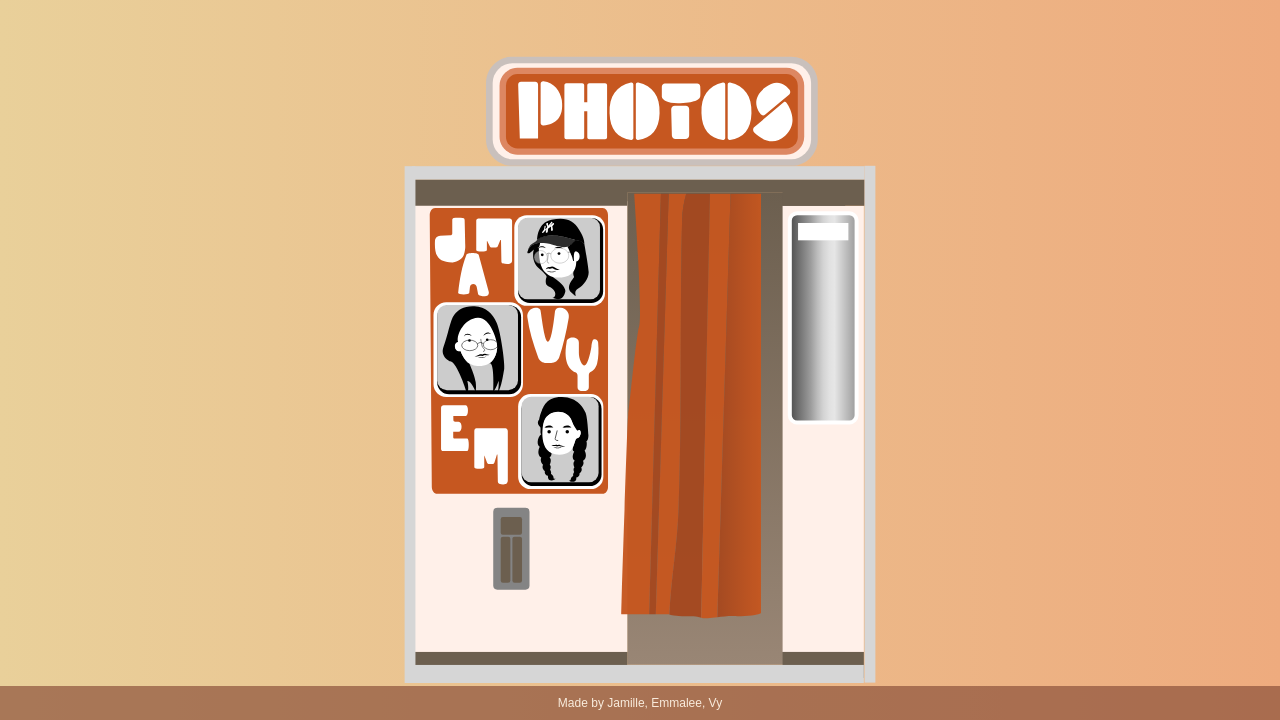
Repository: Strawb3rryjam/QuickSnip
Page: index.html
The author's editor kept a copy of each file at every save. The page is drawn from the files as they stood at one save, then again after the next save.
The browser window is 1280 px wide. The pictures show the whole page.

Above is the page before, as saved 2025-05-08 14:42:32.

### index.html
<!DOCTYPE html>
<html lang="en">

<head>
    <meta charset="UTF-8">
    <meta name="viewport" content="width=device-width, initial-scale=1.0">
    <title>QuickSnip</title>
    <link rel="stylesheet" href="styles.css">
</head>

<body>
    <div class="photobooth-exterior">
        <!-- Exterior photobooth view -->
        <div>
            <img class="entrance" src="/assets/Photobooth.svg" alt="Description of the image">
            <img id="curtain" src="/assets/curtain1.svg" alt="Curtain">
        </div>
    </div>



    <!-- Original app starts here -->
    <div class="app-interior" id="appInterior" style="display: none;">
        <div class="retro-light"></div>

        <div class="start-screen">
            <h2>Ready for your photoshoot?</h2>
            <p>Take 4 photos and create your own vintage photobooth strip!</p>
            <button id="startButton">Start Photobooth</button>
        </div>

        <div class="camera-container" id="cameraContainer">
            <video id="camera" autoplay playsinline></video>
            <div class="countdown" id="countdown"></div>
            <div class="flash" id="flash"></div>
            <div class="loading-message" id="loadingMessage">Initializing camera...</div>
        </div>

        <div class="controls" id="cameraControls" style="display: none;">
            <button id="captureButton">Take Photos</button>
        </div>

        <div class="photostrip-container" id="photostripContainer">
            <div class="photostrip" id="photostrip">
                <div class="photostrip-branding">Retro Photobooth - May 3, 2025</div>
            </div>

            <div class="editor-tools">
                <div>
                    <h3>Border Color</h3>
                    <div class="color-picker" id="colorPicker">
                        <div class="color selected" style="background-color: white;" data-color="white"></div>
                        <div class="color" style="background-color: #ffcc00;" data-color="#ffcc00"></div>
                        <div class="color" style="background-color: #ff6b6b;" data-color="#ff6b6b"></div>
                        <div class="color" style="background-color: #48dbfb;" data-color="#48dbfb"></div>
                        <div class="color" style="background-color: #1dd1a1;" data-color="#1dd1a1"></div>
                        <div class="color" style="background-color: #f368e0;" data-color="#f368e0"></div>
                        <div class="color" style="background-color: #ff9f43;" data-color="#ff9f43"></div>
                        <div class="color" style="background-color: black;" data-color="black"></div>
                    </div>
                </div>

                <div>
                    <h3>Add Stickers</h3>
                    <div class="stickers" id="stickerPicker">
                        <div class="sticker">⭐</div>
                        <div class="sticker">❤️</div>
                        <div class="sticker">🌈</div>
                        <div class="sticker">😎</div>
                        <div class="sticker">🎉</div>
                        <div class="sticker">✨</div>
                        <div class="sticker">💯</div>
                        <div class="sticker">🔥</div>
                        <div class="sticker">👑</div>
                        <div class="sticker">🦄</div>
                    </div>
                </div>

                <button id="downloadButton">Download Photostrip</button>
                <button id="resetButton">Take New Photos</button>
                <button id="exitBoothButton">Exit Booth</button>
            </div>
        </div>
    </div>
    </div>

    <div id="copyright">Made by Jamille, Emmalee, Vy</div>

    <script src="https://cdnjs.cloudflare.com/ajax/libs/html2canvas/1.4.1/html2canvas.min.js"></script>
    <script src="scripts.js"></script>
</body>

</html>

### styles.css
* {
  margin: 0;
  padding: 0;
  box-sizing: border-box;
}



body {
  font-family: 'Arial', sans-serif;
  background-color: #f0f0f0;
  margin: 0;
  padding: 0;
  display: flex;
  flex-direction: column;
  align-items: center;
  min-height: 100vh;
  background-image: linear-gradient(to bottom, #e74c3c, #c0392b);
  color: white;
  text-align: center;
}

h1 {
  font-family: 'Impact', sans-serif;
  letter-spacing: 2px;
  font-size: 2.5rem;
  text-shadow: 3px 3px 0px rgba(0, 0, 0, 0.3);
  margin-bottom: 5px;
}

.photobooth-exterior {
  position: relative;
  width: 100vw;
  height: 100vh;
  overflow: hidden;
  display: flex;
  justify-content: center;
  align-items: center;
}



.entrance {
  position: absolute;
  top: 0;
  left: 0;
  width: 100%;
  height: 100%;
  object-fit: cover;
  object-position: center;
  z-index: -1;
}

#enterBoothButton {
  z-index: 1; /* ensure it’s above the image */
}



#curtain {
  position: absolute;
  width: 20vw; /* Responsive width */
  height: 428px; /* Let it scale proportionally */
  left: 50%; /* Center-ish position */
  top: 35%;  /* Adjust as needed */
  transform: translate(-30%, -14%); /* Centers the image on its position point */
  object-fit: contain;
  cursor: pointer;
  z-index: 1; /* Above entrance image */
}



/***********************************/

/* Original CSS continues here */
.start-screen {
  display: flex;
  flex-direction: column;
  align-items: center;
  justify-content: center;
  height: 400px;
}

.camera-container {
  position: relative;
  margin: 0 auto;
  width: 100%;
  max-width: 640px;
  border-radius: 8px;
  overflow: hidden;
  display: none;
}

#camera {
  width: 100%;
  height: auto;
  background-color: #222;
  border-radius: 8px;
  transform: scaleX(-1);
}

.controls {
  margin-top: 20px;
  display: flex;
  justify-content: center;
  flex-wrap: wrap;
  gap: 10px;
}

button {
  background-color: #e74c3c;
  color: white;
  border: none;
  padding: 12px 24px;
  font-size: 16px;
  border-radius: 30px;
  cursor: pointer;
  transition: all 0.3s;
  font-weight: bold;
  box-shadow: 0 4px 0 #c0392b;
  text-transform: uppercase;
}

button:hover {
  background-color: #c0392b;
  box-shadow: 0 2px 0 #9e2a1e;
  transform: translateY(2px);
}

button:active {
  transform: translateY(4px);
  box-shadow: none;
}

button:disabled {
  background-color: #999;
  box-shadow: none;
  cursor: not-allowed;
}

.countdown {
  position: absolute;
  top: 50%;
  left: 50%;
  transform: translate(-50%, -50%);
  font-size: 8rem;
  color: white;
  text-shadow: 0 0 10px #000;
  opacity: 0.8;
  display: none;
}

.flash {
  position: absolute;
  top: 0;
  left: 0;
  width: 100%;
  height: 100%;
  background-color: white;
  opacity: 0;
  transition: opacity 0.1s;
}

.photostrip-container {
  display: none;
  flex-direction: column;
  align-items: center;
  width: 100%;
}

.photostrip {
  display: flex;
  flex-direction: column;
  gap: 10px;
  background-color: white;
  padding: 20px;
  width: 240px;
  border-radius: 5px;
  box-shadow: 0 0 10px rgba(0,0,0,0.5);
  margin-bottom: 20px;
  position: relative;
}

.photostrip img {
  width: 100%;
  height: auto;
  border: 1px solid #ddd;
}

.photostrip-branding {
  color: #333;
  font-size: 12px;
  margin-top: 10px;
  text-align: center;
  font-family: 'Courier New', monospace;
}

.editor-tools {
  display: flex;
  flex-wrap: wrap;
  justify-content: center;
  gap: 10px;
  margin-top: 20px;
  width: 100%;
}

.color-picker {
  display: flex;
  flex-wrap: wrap;
  justify-content: center;
  gap: 5px;
  margin-bottom: 15px;
}

.color {
  width: 30px;
  height: 30px;
  border-radius: 50%;
  cursor: pointer;
  border: 2px solid transparent;
  transition: transform 0.2s;
}

.color:hover {
  transform: scale(1.2);
}

.color.selected {
  border: 2px solid white;
  box-shadow: 0 0 5px rgba(0,0,0,0.5);
}

.stickers {
  display: flex;
  flex-wrap: wrap;
  justify-content: center;
  gap: 10px;
  margin-bottom: 15px;
}

.sticker {
  font-size: 24px;
  cursor: pointer;
  background-color: rgba(255, 255, 255, 0.2);
  border-radius: 5px;
  padding: 5px;
  transition: transform 0.2s;
}

.sticker:hover {
  transform: scale(1.2);
}

.draggable-sticker {
  position: absolute;
  cursor: move;
  user-select: none;
  font-size: 24px;
}

.retro-light {
  position: absolute;
  width: 10px;
  height: 10px;
  background-color: #2ecc71;
  border-radius: 50%;
  top: 20px;
  right: 20px;
  box-shadow: 0 0 10px #2ecc71;
  animation: blink 2s infinite;
}

@keyframes blink {
  0%, 100% { opacity: 1; }
  50% { opacity: 0.4; }
}

.loading-message {
  font-size: 1.2rem;
  margin-bottom: 20px;
  animation: pulse 1.5s infinite;
}

@keyframes pulse {
  0%, 100% { opacity: 1; }
  50% { opacity: 0.5; }
}

#copyright {
  position: fixed;
  bottom: 0;
  left: 0;
  width: 100%;
  margin-top: 0; /* Remove margin-top */
  font-size: 12px;
  opacity: 0.7;
  text-align: center; /* Center the text */
  background-color: #8C523B; /* Optional: Add background color to make it stand out */
  padding: 10px 50px; /* Optional: Adjust padding for spacing */
}


/* Transition Animation */
.app-interior,
.photobooth-exterior {
  transition: opacity 0.8s ease, transform 0.8s ease;
}

.fade-out {
  opacity: 0;
  transform: scale(0.9);
}

.fade-in {
  opacity: 1;
  transform: scale(1);
}

### scripts.js
document.addEventListener("DOMContentLoaded", () => {
  // DOM Elements
  const curtain = document.getElementById("curtain");
  const appInterior = document.getElementById("appInterior");
  const exitBoothButton = document.getElementById("exitBoothButton");

  const startScreen = document.getElementById("startScreen");
  const cameraContainer = document.getElementById("cameraContainer");
  const camera = document.getElementById("camera");
  const captureButton = document.getElementById("captureButton");
  const startButton = document.getElementById("startButton");
  const cameraControls = document.getElementById("cameraControls");
  const countdown = document.getElementById("countdown");
  const flash = document.getElementById("flash");
  const photostripContainer = document.getElementById("photostripContainer");
  const photostrip = document.getElementById("photostrip");
  const downloadButton = document.getElementById("downloadButton");
  const resetButton = document.getElementById("resetButton");
  const colorPicker = document.getElementById("colorPicker");
  const stickerPicker = document.getElementById("stickerPicker");
  const loadingMessage = document.getElementById("loadingMessage");

  // App State
  let stream = null;
  let photosTaken = 0;
  const maxPhotos = 4;
  let photoElements = [];
  let isCountingDown = false;

  //curtain
  curtain.addEventListener("click", enterBooth);

  const frames = [
    "/assets/curtain1.svg",
    "/assets/curtain2.svg",
    "/assets/curtain3.svg",
    "/assets/curtain4.svg",
  ];

  let interval = null;

  function animateCurtain(forward = true) {
    let index = forward ? 0 : frames.length - 1;

    clearInterval(interval);
    interval = setInterval(() => {
      curtain.src = frames[index];

      if (forward) {
        index++;
        if (index >= frames.length) clearInterval(interval);
      } else {
        index--;
        if (index < 0) clearInterval(interval);
      }
    }, 100); // change frame every 100ms
  }

  curtain.addEventListener("mouseenter", () => animateCurtain(true));
  curtain.addEventListener("mouseleave", () => animateCurtain(false));

  // Exit the photobooth
  exitBoothButton.addEventListener("click", exitBooth);

  // Enter the photobooth
  function enterBooth() {
    const photoboothExterior = document.querySelector(".photobooth-exterior");
    photoboothExterior.classList.add("fade-out");

    setTimeout(() => {
      photoboothExterior.style.display = "none";
      appInterior.style.display = "block";

      // Allow time for DOM update before adding the fade-in class
      setTimeout(() => {
        appInterior.classList.add("fade-in");
      }, 50);
    }, 800);
  }

  // Exit the photobooth
  function exitBooth() {
    const photoboothExterior = document.querySelector(".photobooth-exterior");
    appInterior.classList.remove("fade-in");
    appInterior.classList.add("fade-out");

    setTimeout(() => {
      appInterior.style.display = "none";
      photoboothExterior.style.display = "flex";
      photoboothExterior.classList.remove("fade-out");

      // Reset the photobooth if needed
      if (photostripContainer.style.display === "flex") {
        resetPhotobooth();
      }
    }, 800);
  }

  // Start the photobooth
  startButton.addEventListener("click", initCamera);

  // Initialize the camera
  async function initCamera() {
    startScreen.style.display = "none";
    cameraContainer.style.display = "block";

    try {
      stream = await navigator.mediaDevices.getUserMedia({
        video: {
          facingMode: "user",
          width: { ideal: 640 },
          height: { ideal: 480 },
        },
        audio: false,
      });

      camera.srcObject = stream;
      loadingMessage.style.display = "none";
      cameraControls.style.display = "flex";
      captureButton.addEventListener("click", startPhotoSequence);
    } catch (err) {
      loadingMessage.textContent = "Camera access denied or not available :(";
      console.error("Error accessing camera:", err);
    }
  }

  // Start the photo taking sequence
  function startPhotoSequence() {
    if (isCountingDown) return;

    isCountingDown = true;
    captureButton.disabled = true;
    startCountdown();
  }

  // Display countdown before taking photo
  function startCountdown() {
    let count = 3;
    countdown.textContent = count;
    countdown.style.display = "block";

    const countInterval = setInterval(() => {
      count--;

      if (count > 0) {
        countdown.textContent = count;
      } else {
        clearInterval(countInterval);
        countdown.style.display = "none";
        takePhoto();
      }
    }, 1000);
  }

  // Take a photo
  function takePhoto() {
    // Create flash effect
    flash.style.opacity = "0.8";
    setTimeout(() => {
      flash.style.opacity = "0";
    }, 100);

    // Create the canvas to capture the photo
    const canvas = document.createElement("canvas");
    const context = canvas.getContext("2d");

    // Set canvas dimensions to match the video
    canvas.width = camera.videoWidth;
    canvas.height = camera.videoHeight;

    // Draw the video frame on the canvas, flip horizontally
    context.translate(canvas.width, 0);
    context.scale(-1, 1);
    context.drawImage(camera, 0, 0, canvas.width, canvas.height);

    // Convert canvas to image
    const imgUrl = canvas.toDataURL("image/jpeg");

    // Add to photostrip
    photosTaken++;
    const photoElement = document.createElement("img");
    photoElement.src = imgUrl;
    photoElement.alt = `Photo ${photosTaken}`;
    photoElements.push(photoElement);

    // Check if we need to take more photos
    if (photosTaken < maxPhotos) {
      // Wait before next photo
      setTimeout(() => {
        isCountingDown = false;
        startCountdown();
      }, 1000);
    } else {
      // We're done taking photos
      finishPhotoSession();
    }
  }

  // Finish photo session and show the photostrip
  function finishPhotoSession() {
    // Stop camera
    if (stream) {
      stream.getTracks().forEach((track) => track.stop());
      stream = null;
    }

    // Hide camera UI
    cameraContainer.style.display = "none";
    cameraControls.style.display = "none";

    // Add photos to photostrip
    for (let i = 0; i < photoElements.length; i++) {
      photostrip.appendChild(photoElements[i]);
    }

    // Show photostrip editor
    photostripContainer.style.display = "flex";

    // Initialize the editing tools
    initEditingTools();
  }

  // Initialize editing tools for photostrip
  function initEditingTools() {
    // Color picker functionality
    colorPicker.querySelectorAll(".color").forEach((colorEl) => {
      colorEl.addEventListener("click", () => {
        // Remove selected class from all colors
        colorPicker.querySelectorAll(".color").forEach((el) => {
          el.classList.remove("selected");
        });

        // Add selected class to clicked color
        colorEl.classList.add("selected");

        // Apply color to photostrip
        const selectedColor = colorEl.getAttribute("data-color");
        photostrip.style.backgroundColor = selectedColor;
      });
    });

    // Sticker functionality
    stickerPicker.querySelectorAll(".sticker").forEach((stickerEl) => {
      stickerEl.addEventListener("click", () => {
        addSticker(stickerEl.textContent);
      });
    });

    // Download button
    downloadButton.addEventListener("click", downloadPhotostrip);

    // Reset button
    resetButton.addEventListener("click", resetPhotobooth);
  }

  // Add a draggable sticker to the photostrip
  function addSticker(emoji) {
    const sticker = document.createElement("div");
    sticker.classList.add("draggable-sticker");
    sticker.textContent = emoji;
    sticker.style.left = "50%";
    sticker.style.top = "50%";
    sticker.style.transform = "translate(-50%, -50%)";
    photostrip.appendChild(sticker);

    // Make sticker draggable
    let isDragging = false;
    let offsetX, offsetY;

    sticker.addEventListener("mousedown", (e) => {
      isDragging = true;
      const rect = sticker.getBoundingClientRect();
      offsetX = e.clientX - rect.left;
      offsetY = e.clientY - rect.top;
      sticker.style.zIndex = "1000";
    });

    document.addEventListener("mousemove", (e) => {
      if (!isDragging) return;

      const photoRect = photostrip.getBoundingClientRect();
      const x = e.clientX - photoRect.left - offsetX;
      const y = e.clientY - photoRect.top - offsetY;

      sticker.style.left = `${x}px`;
      sticker.style.top = `${y}px`;
      sticker.style.transform = "none";
    });

    document.addEventListener("mouseup", () => {
      isDragging = false;
      sticker.style.zIndex = "999";
    });

    // Touch support for mobile
    sticker.addEventListener("touchstart", (e) => {
      isDragging = true;
      const touch = e.touches[0];
      const rect = sticker.getBoundingClientRect();
      offsetX = touch.clientX - rect.left;
      offsetY = touch.clientY - rect.top;
      sticker.style.zIndex = "1000";
      e.preventDefault();
    });

    document.addEventListener("touchmove", (e) => {
      if (!isDragging) return;

      const touch = e.touches[0];
      const photoRect = photostrip.getBoundingClientRect();
      const x = touch.clientX - photoRect.left - offsetX;
      const y = touch.clientY - photoRect.top - offsetY;

      sticker.style.left = `${x}px`;
      sticker.style.top = `${y}px`;
      sticker.style.transform = "none";
      e.preventDefault();
    });

    document.addEventListener("touchend", () => {
      isDragging = false;
      sticker.style.zIndex = "999";
    });
  }

  // Download the photostrip
  function downloadPhotostrip() {
    html2canvas(photostrip).then((canvas) => {
      const link = document.createElement("a");
      link.download = "retro-photostrip.jpg";
      link.href = canvas.toDataURL("image/jpeg", 0.8);
      link.click();
    });
  }

  // Reset the photobooth to start again
  function resetPhotobooth() {
    // Reset counters and arrays
    photosTaken = 0;
    photoElements = [];

    // Clear the photostrip
    const photos = photostrip.querySelectorAll("img");
    const stickers = photostrip.querySelectorAll(".draggable-sticker");

    photos.forEach((photo) => photo.remove());
    stickers.forEach((sticker) => sticker.remove());

    // Reset photostrip color
    photostrip.style.backgroundColor = "white";
    colorPicker.querySelectorAll(".color").forEach((el) => {
      el.classList.remove("selected");
    });
    colorPicker.querySelector('[data-color="white"]').classList.add("selected");

    // Hide photostrip and show start screen
    photostripContainer.style.display = "none";
    startScreen.style.display = "flex";

    // Reset buttons
    captureButton.disabled = false;
    isCountingDown = false;
  }
});

After the next save:
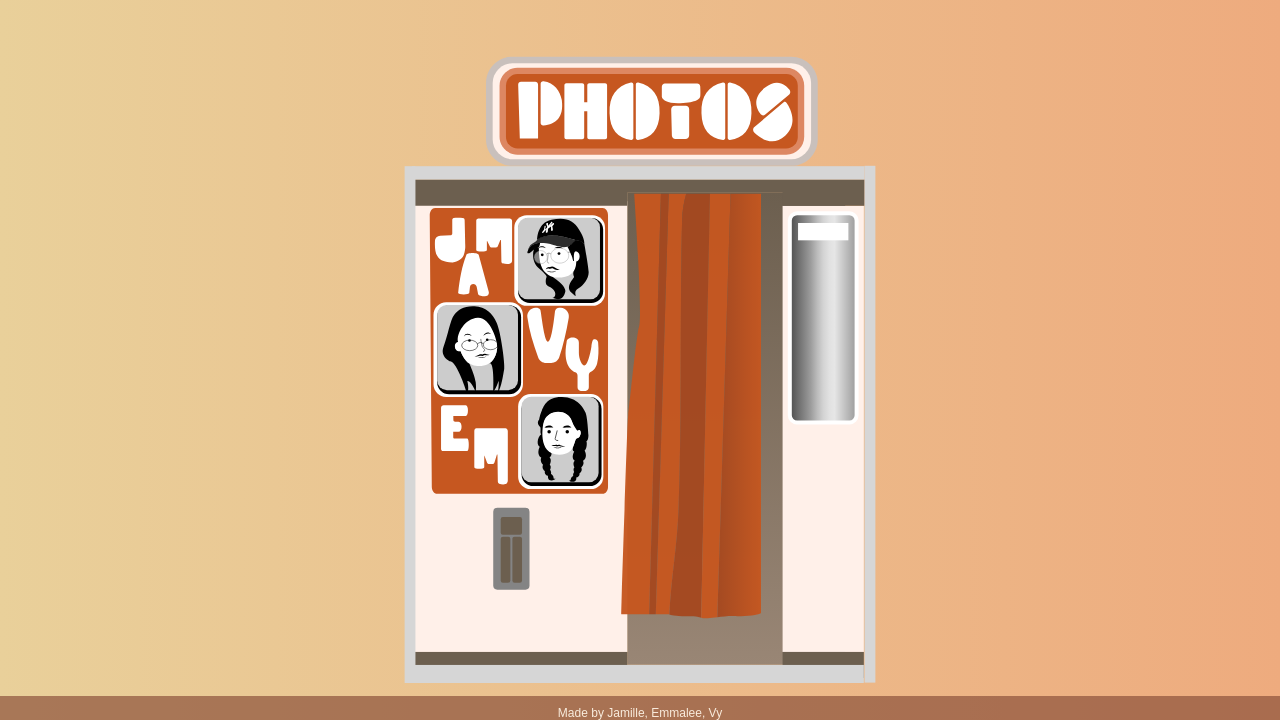
Saved 10 s later.
--- a/styles.css
+++ b/styles.css
@@ -297,7 +297,7 @@ button:disabled {
   opacity: 0.7;
   text-align: center; /* Center the text */
   background-color: #8C523B; /* Optional: Add background color to make it stand out */
-  padding: 10px 50px; /* Optional: Adjust padding for spacing */
+  padding-top: 10px; /* Optional: Adjust padding for spacing */
 }
 
 
